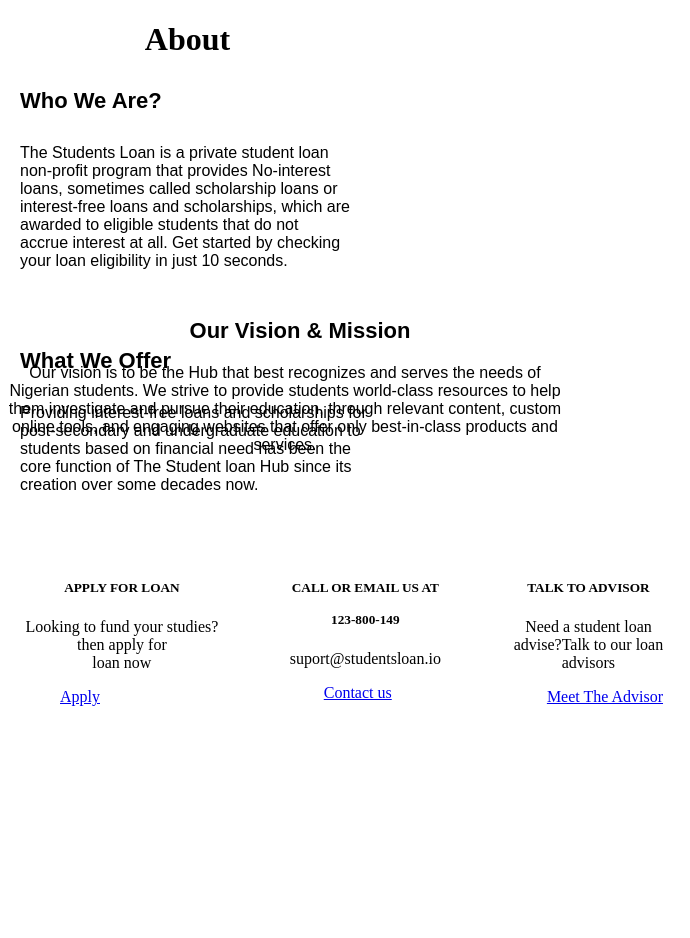
Repository: Tobby004/basic-loanweb
Page: about.html
The author's editor kept a copy of each file at every save. The page is drawn from the files as they stood at one save, then again after the next save.
The browser window is 375 px wide. The page is 690 px wide, so the pictures cover 690 px, including what lies to the right of the window. The pictures show the whole page.

Above is the page before, as saved 2023-07-05 08:55:22.

After the next save:
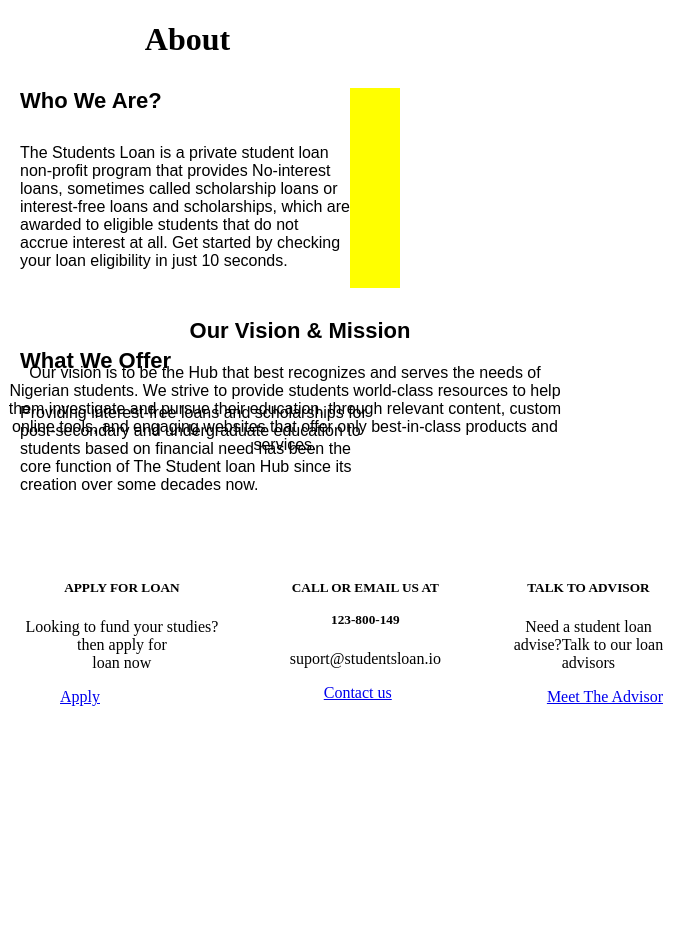
Saved 49 s later.
--- a/about.css
+++ b/about.css
@@ -103,6 +103,7 @@ h1 {
         display: block;
         height: 200px;
         width: 400px;
+        background: yellow;
     }
 
 }
